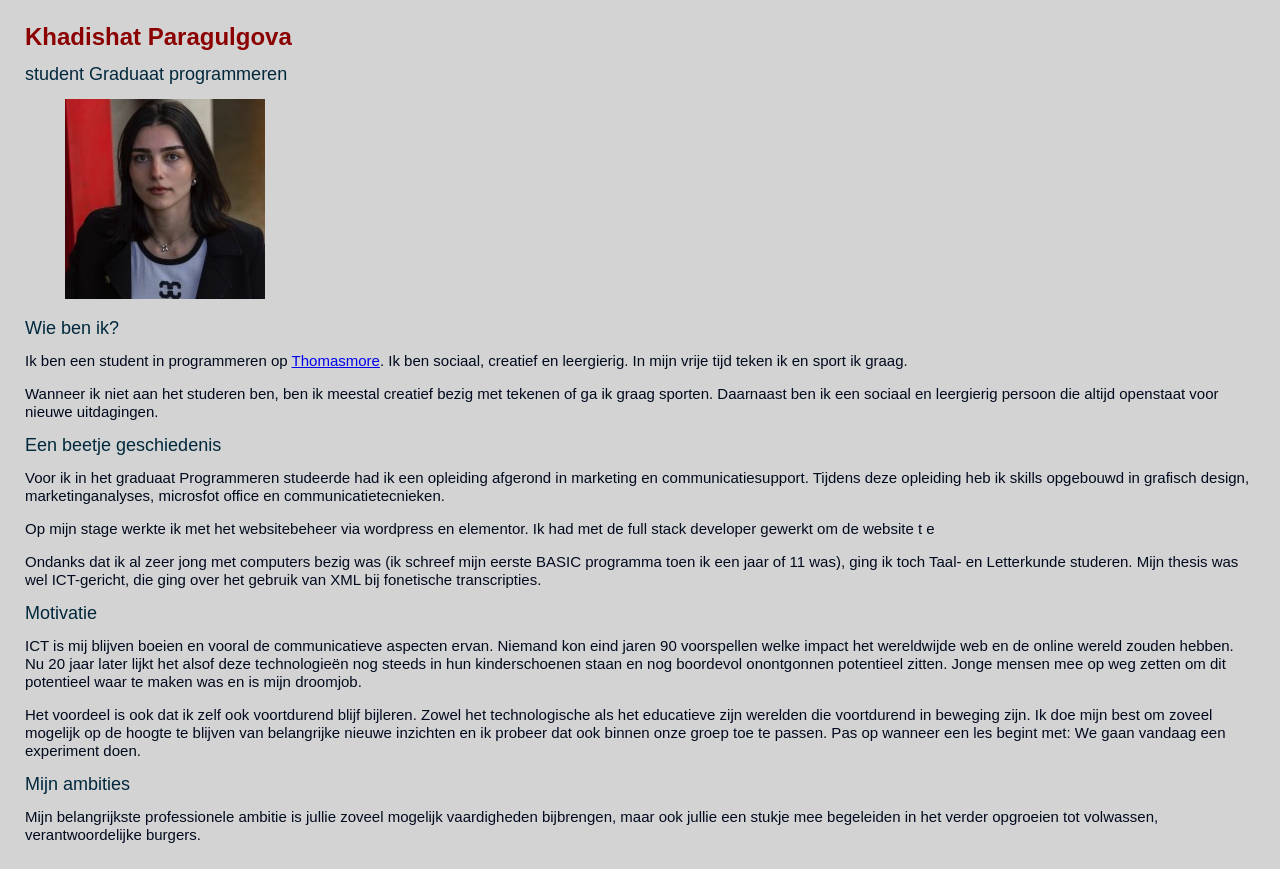
Repository: khadishat00/portfolio
Page: index.html
The author's editor kept a copy of each file at every save. The page is drawn from the files as they stood at one save, then again after the next save.
The browser window is 1280 px wide. The pictures show the whole page.

Above is the page before, as saved 2026-09-24 15:04:55.

### index.html
<!doctype html>
<html lang="en">
  <head>
    <meta charset="UTF-8" />
    <meta name="viewport" content="width=device-width, initial-scale=1.0" />
    <title>portfolio</title>
  </head>
  <style>
    html {
      font-family: Arial, sans-serif;
    }
    body {
      background-color: lightgrey;
      margin: 25px;
    }
    h1 {
      font-family: "Century Gothic", sans-serif;
      color: darkred;
      font-weight: bold;
      font-size: 24px;
      line-height: 24px;
    }
    h2 {
      font-family: "Century Gothic", sans-serif;
      color: #00283c;
      font-weight: normal;
      font-size: 18px;
      line-height: 18px;
    }
    p {
      font-family: Arial, sans-serif;
      color: #000a1e;
      font-size: 15px;
      line-height: 18px;
      font-weight: normal;
      padding:;
    }

    figure {
      display: block;
      margin-block-start: 1em;
      margin-block-end: 1em;
      margin-inline-start: 40px;
      margin-inline-end: 40px;
      unicode-bidi: isolate;
    }

    img {
      max-width: 100%;
      border-color: blue;

    }
  </style>

  <body>
    <header>
         <h1>Khadishat Paragulgova</h1>
      <h2>student Graduaat programmeren</h2>
      <figure>
        <img src="profielfoto.jpg" alt="Mijn profielfoto" />
      </figure>
    </header>
    <main>
     <h2>Wie ben ik?</h2>
      <p>
        Ik ben een student in programmeren op
        <a href="https://thomasmore.be/nl">Thomasmore</a>. Ik ben sociaal,
        creatief en leergierig. In mijn vrije tijd teken ik en sport ik graag.
      </p>
      <p>
        Wanneer ik niet aan het studeren ben, ben ik meestal creatief bezig met
        tekenen of ga ik graag sporten. Daarnaast ben ik een sociaal en
        leergierig persoon die altijd openstaat voor nieuwe uitdagingen.
      </p>

      <h2>Een beetje geschiedenis</h2>
      <p>
        Voor ik in het graduaat Programmeren studeerde had ik een opleiding
        afgerond in marketing en communicatiesupport. Tijdens deze opleiding heb
        ik skills opgebouwd in grafisch design, marketinganalyses, microsfot
        office en communicatietecnieken.
      </p>
      <p>
        Op mijn stage werkte ik met het websitebeheer via wordpress en
        elementor. Ik had met de full stack developer gewerkt om de website t e
      </p>
      <p>
        Ondanks dat ik al zeer jong met computers bezig was (ik schreef mijn
        eerste BASIC programma toen ik een jaar of 11 was), ging ik toch Taal-
        en Letterkunde studeren. Mijn thesis was wel ICT-gericht, die ging over
        het gebruik van XML bij fonetische transcripties.
      </p>

      <h2>Motivatie</h2>
      <p>
        ICT is mij blijven boeien en vooral de communicatieve aspecten ervan.
        Niemand kon eind jaren 90 voorspellen welke impact het wereldwijde web
        en de online wereld zouden hebben. Nu 20 jaar later lijkt het alsof deze
        technologieën nog steeds in hun kinderschoenen staan en nog boordevol
        onontgonnen potentieel zitten. Jonge mensen mee op weg zetten om dit
        potentieel waar te maken was en is mijn droomjob.
      </p>
      <p>
        Het voordeel is ook dat ik zelf ook voortdurend blijf bijleren. Zowel
        het technologische als het educatieve zijn werelden die voortdurend in
        beweging zijn. Ik doe mijn best om zoveel mogelijk op de hoogte te
        blijven van belangrijke nieuwe inzichten en ik probeer dat ook binnen
        onze groep toe te passen. Pas op wanneer een les begint met: We gaan
        vandaag een experiment doen.
      </p>

      <h2>Mijn ambities</h2>
      <p>
        Mijn belangrijkste professionele ambitie is jullie zoveel mogelijk
        vaardigheden bijbrengen, maar ook jullie een stukje mee begeleiden in
        het verder opgroeien tot volwassen, verantwoordelijke burgers.
      </p>
    </main>
  </body>
</html>

After the next save:
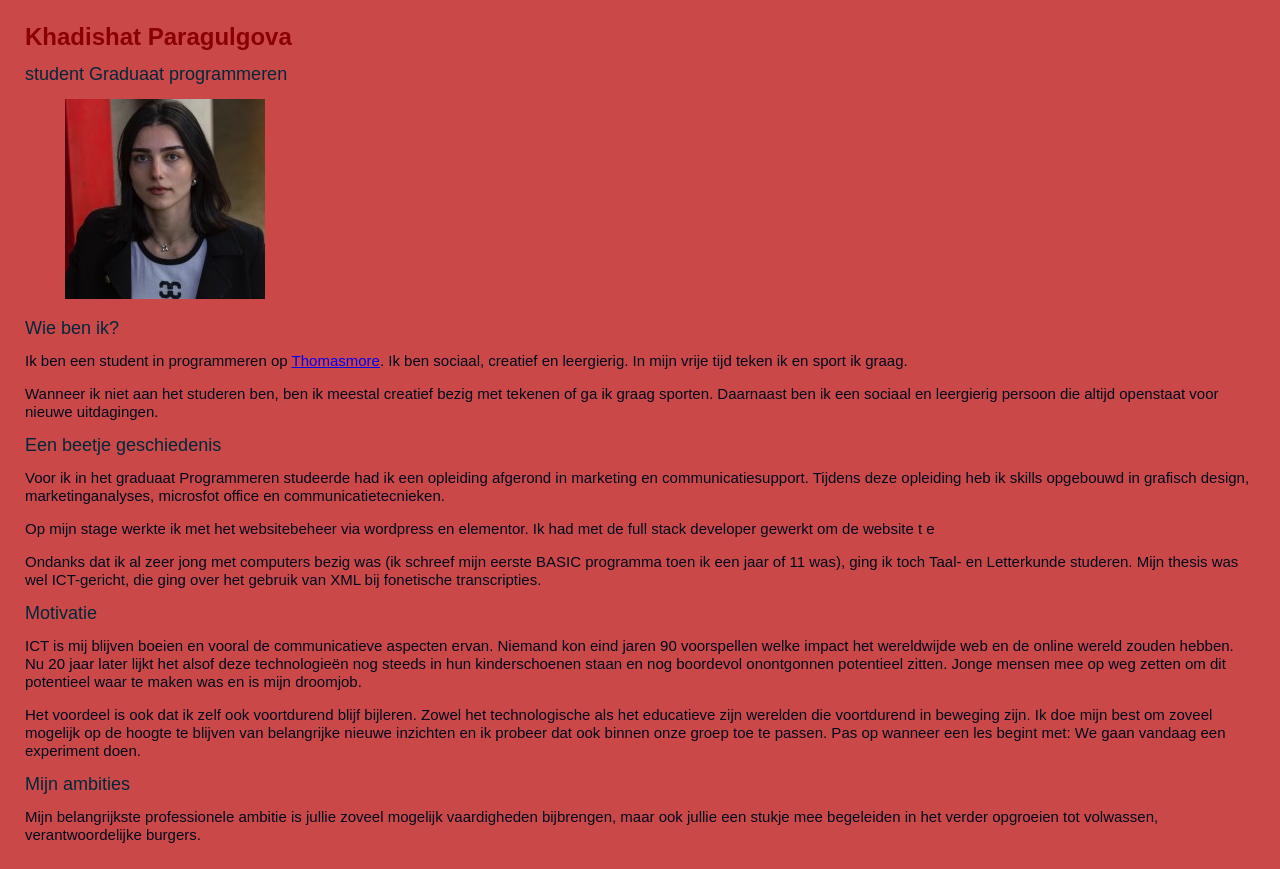
Saved 12 s later.
--- a/index.html
+++ b/index.html
@@ -10,7 +10,7 @@
       font-family: Arial, sans-serif;
     }
     body {
-      background-color: lightgrey;
+      background-color: rgb(203, 72, 72);
       margin: 25px;
     }
     h1 {
